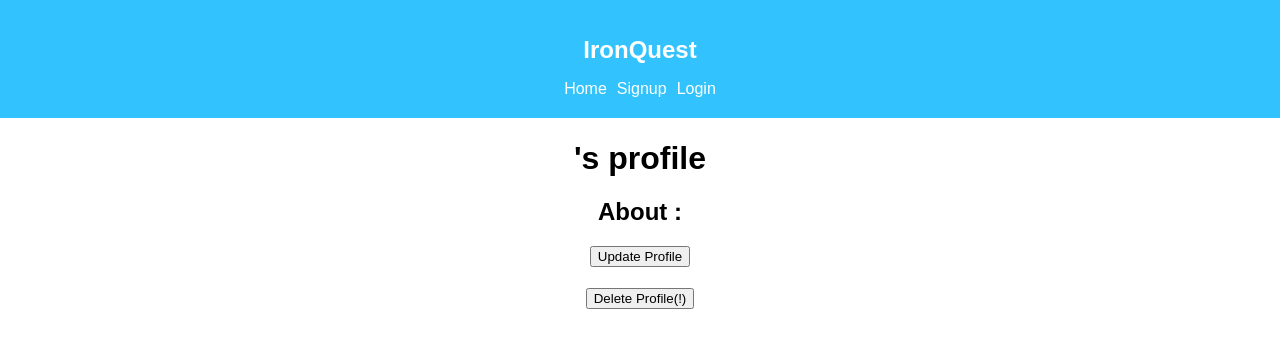
Repository: MikeTroianello/project4
Page: /profile (app in client/)
The author's editor kept a copy of each file at every save. The page is drawn from the files as they stood at one save, then again after the next save.
The browser window is 1280 px wide. The pictures show the whole page.
The page's requests for data from a server got no answer. The project was rebuilt for these pictures with package versions that can differ from the ones it lists, and the page was loaded fresh each time. No one was signed in, and anything a server would have sent is missing. Also part of the build but not shown: client/src/components/pages/StoryPage.jsx, client/src/components/pages/CreateStory.jsx, client/src/components/pages/ReadStory.jsx, client/src/components/pages/Home.jsx, client/src/components/pages/Login.jsx, client/src/components/pages/Signup.jsx.

Above is the page before, as saved 2019-03-22 00:37:39.

After the next save:
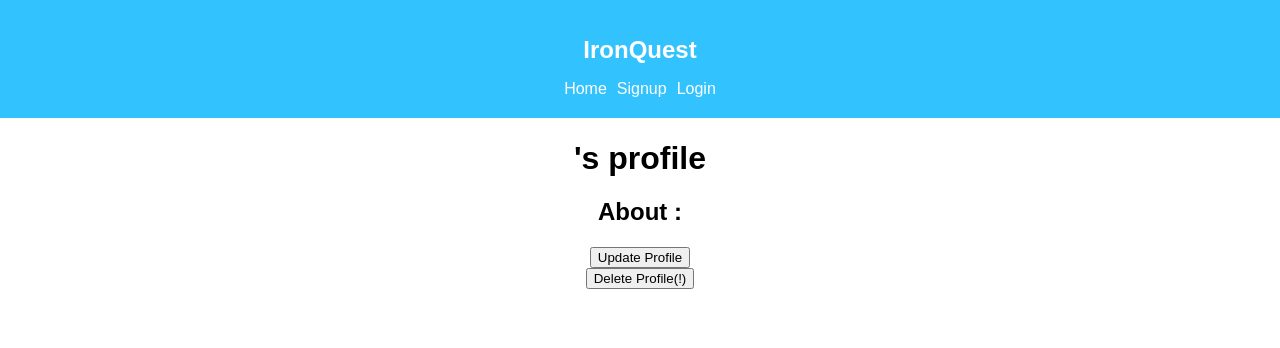
Saved 44 s later.
--- a/client/src/components/pages/Profile.jsx
+++ b/client/src/components/pages/Profile.jsx
@@ -60,9 +60,10 @@
       <div>
       <h1>{this.state.user.username}'s profile</h1>
       <h2>About {this.state.user.username}:</h2>
-      <button onClick={(e) => this.updateProfile()}>Update Profile</button><br></br>
+
       {!this.state.about || !this.state.update || <h3>You don't have anything written about you yet... {this.state.about}</h3>}
       <h4>{this.state.user.about}</h4>
+      <button onClick={(e) => this.updateProfile()}>Update Profile</button><br></br>
       {this.state.update &&
         <form onSubmit={this.updateAbout}>
           <textarea
